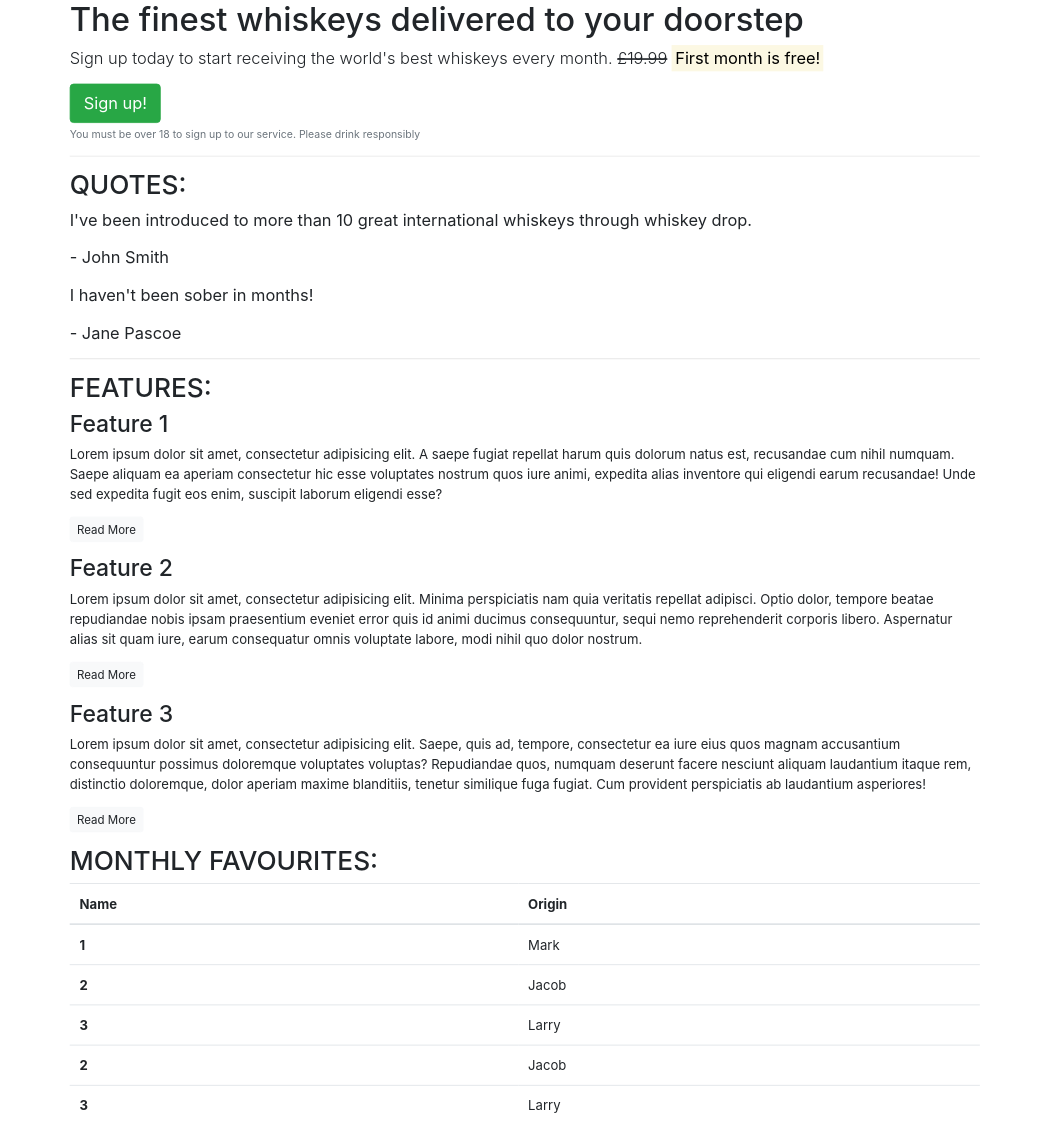
Repository: LouWills/WhiskeyDrop-bootstrap
Page: index.html
The author's editor kept a record of every edit. The page is drawn from the files as they stood at one moment, then again after the next edit.
The browser window is 1280 px wide. The pictures show the whole page, at 82% of full size.

Above is the page before.
Console error: TypeError: Cannot read properties of undefined (reading 'fn')

After the next edit:
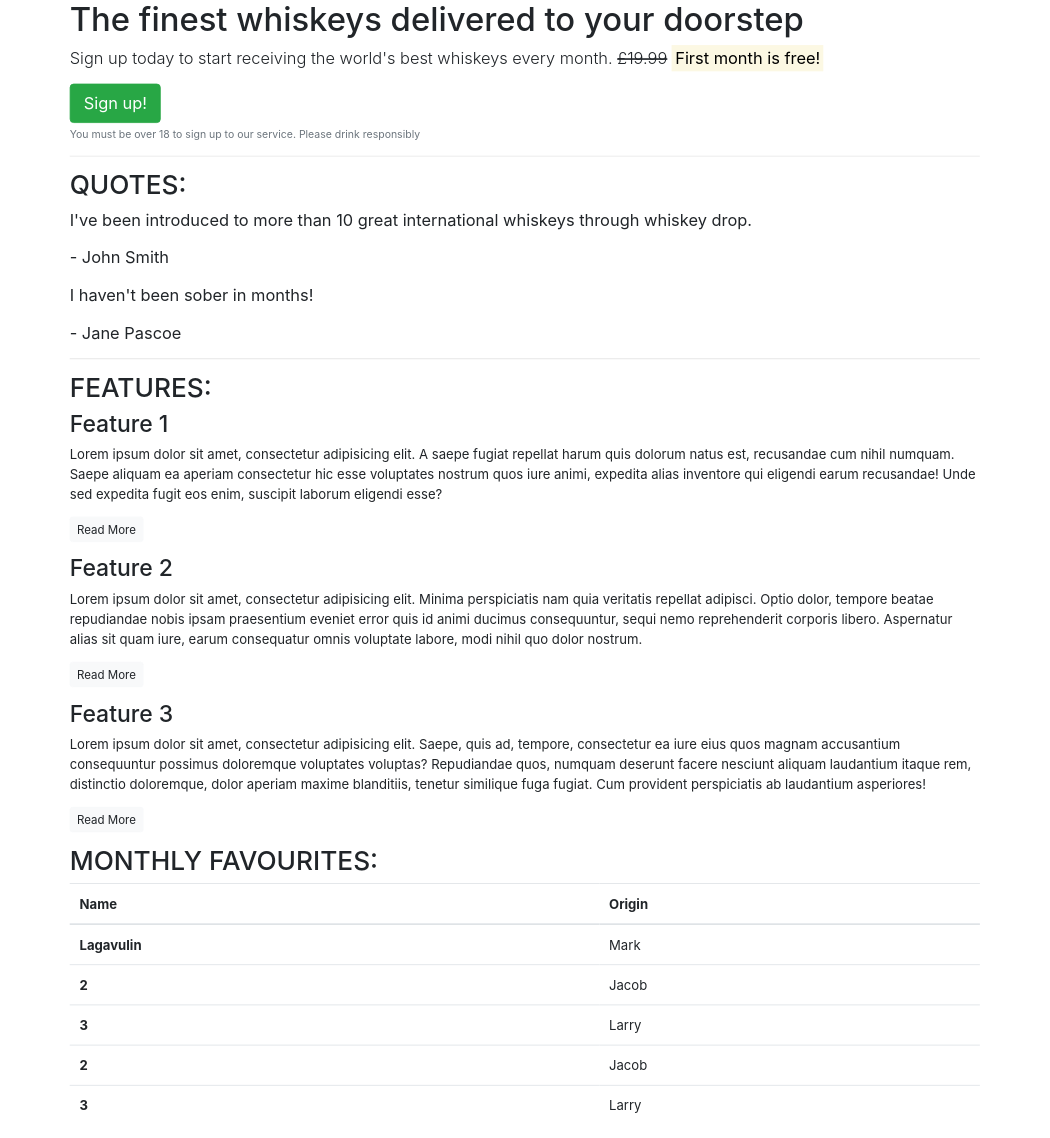
The edit:
--- a/index.html
+++ b/index.html
@@ -71,7 +71,7 @@
                 </thead>
                 <tbody>
                     <tr>
-                      <th scope="row">1</th>
+                      <th scope="row">Lagavulin</th>
                       <td>Mark</td>
                     </tr>
                     <tr>
